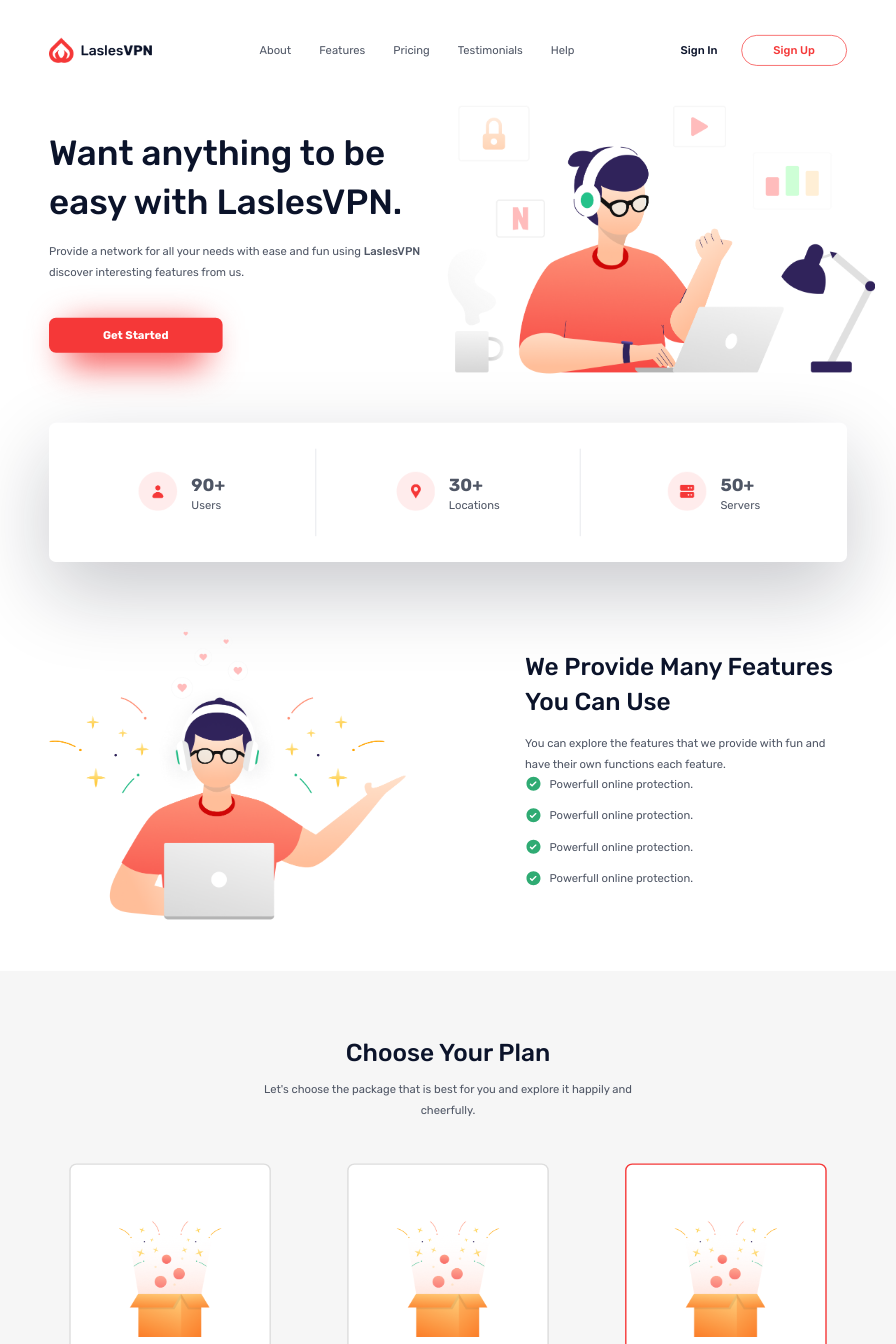
Repository: PhamTrungNguyen/LuyenTap
Page: LT_Figma/index.html
An editor plug-in stored every save of this project. The page is shown before and after the next save, followed by the edit.
The browser window is 1280 px wide. The pictures show the part of the page from y = 0 to 1920 px (the page is 2597 px tall), at 70% of full size.
Some web libraries are served in a nearby version. The style sheet was rebuilt from its Sass, Less or Tailwind sources for each picture, by a compiler version that may differ from the author's.

Above is the page before, as saved 2021-12-08 22:46:52.
Console error: TypeError: Cannot read properties of null (reading 'addEventListener')

After the next save:
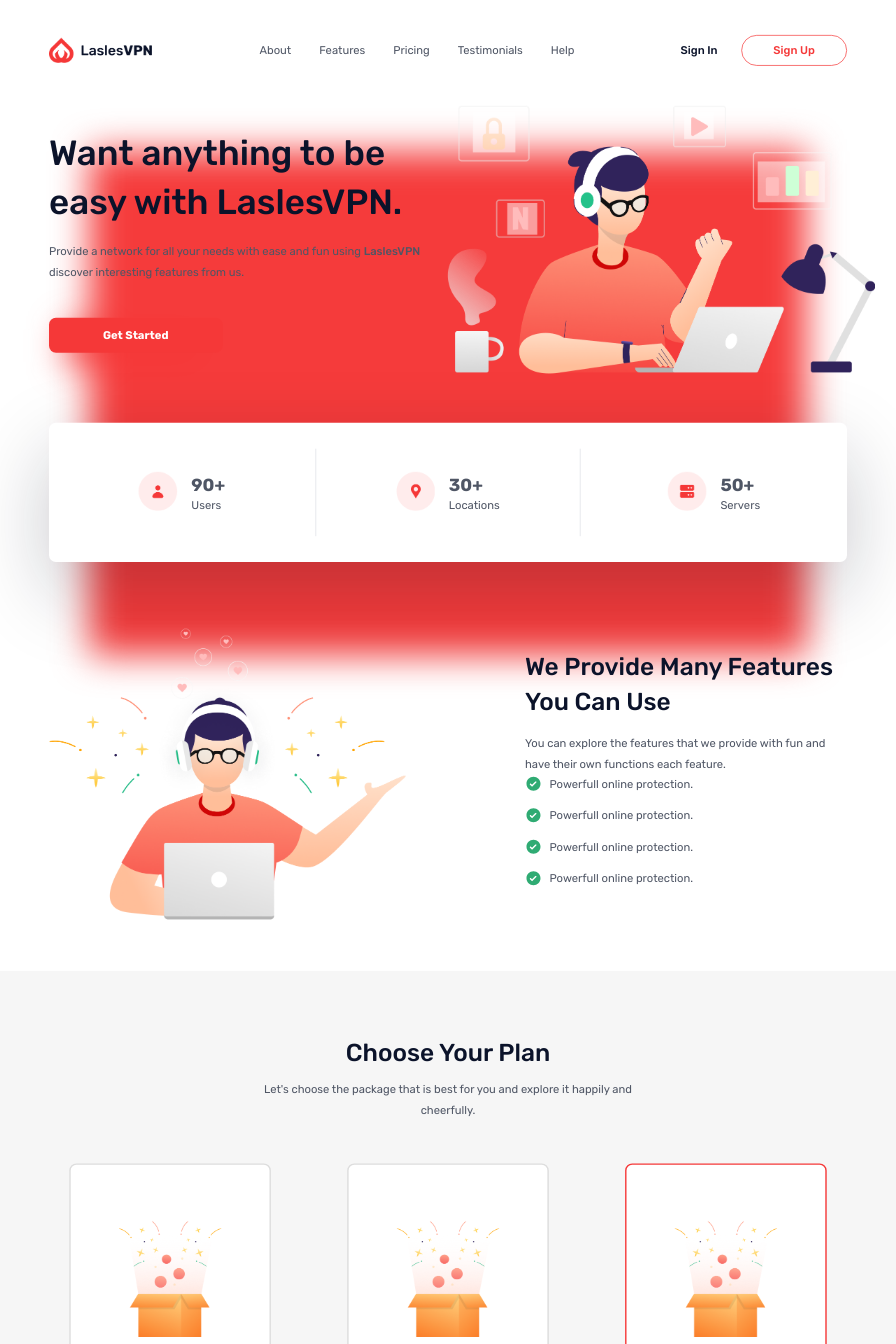
Saved 24 s later.
--- a/LT_Figma/sass/_global.scss
+++ b/LT_Figma/sass/_global.scss
@@ -67,5 +67,17 @@
     background-color: $red-color;
     color: white;
     padding: 13px 62px;
+    &:after {
+      content: "";
+      background: rgba(245, 56, 56, 0.979);
+      filter: blur(26px);
+      position: absolute;
+      top: 80%;
+      left: 50%;
+      transform: translate(-50%, -50%);
+      width: 80%;
+      height: 100%;
+      z-index: -1;
+    }
   }
 }

After the save that followed:
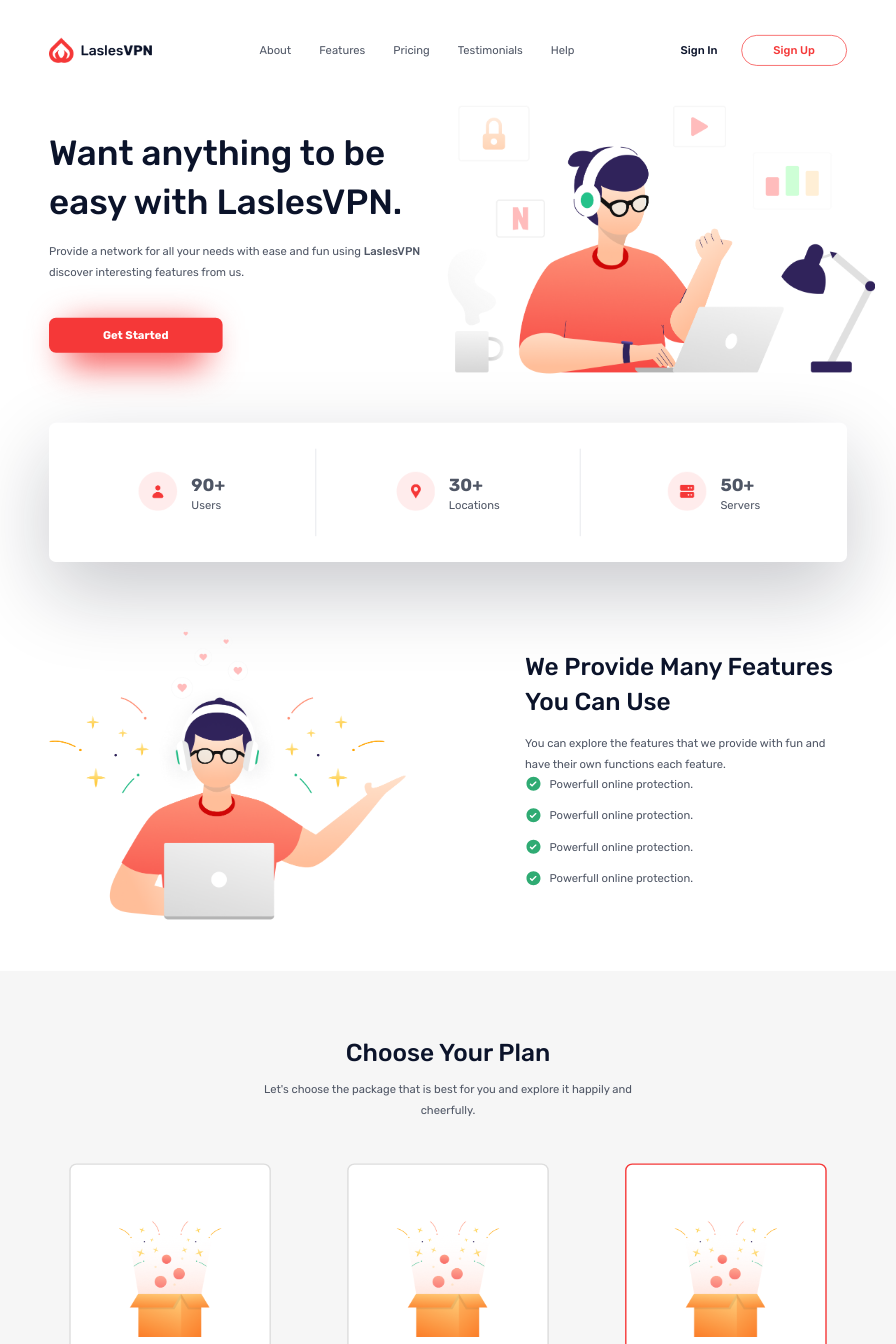
Saved 12 s later.
--- a/LT_Figma/sass/_global.scss
+++ b/LT_Figma/sass/_global.scss
@@ -67,6 +67,7 @@
     background-color: $red-color;
     color: white;
     padding: 13px 62px;
+    position: relative;
     &:after {
       content: "";
       background: rgba(245, 56, 56, 0.979);
